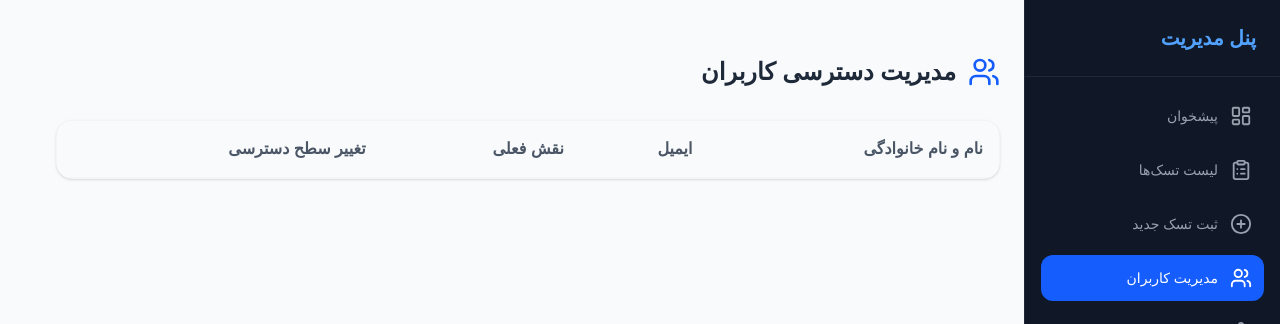
Repository: SheydaAshoorian/Task-mamager
Page: /dashboard/users (app in apps/frontend/)
An editor plug-in stored every save of this project. The page is shown before and after the next save, followed by the edit.
The browser window is 1280 px wide. The pictures show the whole page.
The page's requests for data from a server got no answer. The project was rebuilt for these pictures with package versions that can differ from the ones it lists, and the page was loaded fresh each time. The framework's server and built-in components were replaced by stand-ins that run in the browser. No one was signed in, and anything a server would have sent is missing. Also part of the build but not shown: apps/frontend/next.config.ts.

Above is the page before, as saved 2026-02-17 22:19:28.

### apps/frontend/app/layout.tsx
import "./globals.css";

export default function RootLayout({
  children,
}: {
  children: React.ReactNode;
}) {
  return (
    <html lang="fa" dir="rtl">
      <body className="antialiased">
        {children}
      </body>
    </html>
  );
}

### apps/frontend/app/dashboard/layout.tsx
"use client";
import Sidebar from "@/components/Sidebar";

export default function DashboardLayout({ children }: { children: React.ReactNode }) {
  return (
    <div className="flex min-h-screen bg-gray-50" dir="rtl">
      {/* سایدبار که در سمت راست ثابت شده است */}
      <Sidebar />

      {/* محتوای اصلی که pr-64 دارد تا زیر سایدبار نرود */}
      <main className="flex-1 pr-64 p-8 overflow-y-auto">
        {children}
      </main>
    </div>
  );
}

### apps/frontend/app/dashboard/users/page.tsx
"use client";
import React, { useEffect, useState } from 'react';
import axios from 'axios';
import { Users, ShieldCheck } from 'lucide-react';

interface User {
  id: number;
  firstName: string;
  lastName: string;
  email: string;
  role: string;
}

export default function UsersManagement() {
  const [users, setUsers] = useState<User[]>([]);
  const [loading, setLoading] = useState(true);

  const fetchUsers = async () => {
    try {
      setLoading(true);
      // آدرس مستقیم برای اطمینان از برقراری ارتباط
      const res = await axios.get('http://localhost:3000/users');
      setUsers(res.data);
    } catch (error) {
      console.error("خطا در دریافت کاربران:", error);
    } finally {
      setLoading(false);
    }
  };

  useEffect(() => {
    fetchUsers();
  }, []);

  const handleRoleChange = async (userId: number, newRole: string) => {
    try {
      await axios.patch(`http://localhost:3000/users/${userId}/role`, {
        role: newRole
      });
      alert("نقش کاربر تغییر کرد ✅");
      fetchUsers();
    } catch (error) {
      alert("خطا در آپدیت نقش ❌");
    }
  };

  if (loading) return <div className="text-center p-10">در حال بارگذاری کاربران...</div>;

  return (
    <div className="p-6" dir="rtl">
      <div className="flex items-center gap-3 mb-8">
        <Users className="text-blue-600" size={32} />
        <h1 className="text-2xl font-bold text-gray-800">مدیریت دسترسی کاربران</h1>
      </div>

      <div className="bg-white rounded-2xl shadow-sm border border-gray-100 overflow-hidden">
        <table className="w-full text-right border-collapse">
          <thead className="bg-gray-50 text-gray-600 border-b border-gray-100">
            <tr>
              <th className="p-4 font-semibold">نام و نام خانوادگی</th>
              <th className="p-4 font-semibold">ایمیل</th>
              <th className="p-4 font-semibold">نقش فعلی</th>
              <th className="p-4 font-semibold">تغییر سطح دسترسی</th>
            </tr>
          </thead>
          <tbody className="divide-y divide-gray-50">
            {users.map((user) => (
              <tr key={user.id} className="hover:bg-blue-50/30 transition-colors">
                <td className="p-4 text-gray-700">{user.firstName} {user.lastName}</td>
                <td className="p-4 text-gray-500 text-sm">{user.email}</td>
                <td className="p-4">
                  <span className={`px-3 py-1 rounded-full text-xs font-medium ${
                    user.role === 'admin' ? 'bg-purple-100 text-purple-700' : 'bg-blue-100 text-blue-700'
                  }`}>
                    {user.role}
                  </span>
                </td>
                <td className="p-4">
                  <select
                    value={user.role}
                    onChange={(e) => handleRoleChange(user.id, e.target.value)}
                    className="bg-gray-50 border border-gray-200 text-gray-700 text-sm rounded-lg focus:ring-blue-500 focus:border-blue-500 block p-2"
                  >
                    <option value="user">کارشناس (User)</option>
                    <option value="admin">مدیر (Admin)</option>
                  </select>
                </td>
              </tr>
            ))}
          </tbody>
        </table>
      </div>
    </div>
  );
}

### apps/frontend/components/Sidebar.tsx
"use client";
import React from 'react';
import Link from 'next/link';
import { usePathname } from 'next/navigation';
import { LayoutDashboard, ClipboardList, PlusCircle, Users, Settings, LogOut } from 'lucide-react';

export default function Sidebar() {
  const pathname = usePathname();

  const menuItems = [
    { name: 'پیشخوان', href: '/dashboard', icon: LayoutDashboard },
    { name: 'لیست تسک‌ها', href: '/dashboard/tasks', icon: ClipboardList },
    { name: 'ثبت تسک جدید', href: '/dashboard/tasks/create', icon: PlusCircle },
    { name: 'مدیریت کاربران', href: '/dashboard/users', icon: Users },
    { name: 'تنظیمات', href: '/dashboard/settings', icon: Settings },
  ];

  return (
    <aside className="w-64 h-screen bg-gray-900 text-white flex flex-col fixed right-0 top-0 border-l border-gray-800 z-50" dir="rtl">
      <div className="p-6 border-b border-gray-800 text-xl font-bold text-blue-400">پنل مدیریت</div>
      <nav className="flex-1 p-4 space-y-2">
        {menuItems.map((item) => (
          <Link
            key={item.href}
            href={item.href}
            className={`flex items-center gap-3 p-3 rounded-xl transition-colors ${
              pathname === item.href ? 'bg-blue-600 text-white' : 'text-gray-400 hover:bg-gray-800'
            }`}
          >
            <item.icon size={22} />
            <span className="text-sm font-medium">{item.name}</span>
          </Link>
        ))}
      </nav>
      <div className="p-4 border-t border-gray-800 text-red-400 flex items-center gap-2 cursor-pointer p-3">
        <LogOut size={20} /> <span className="text-sm">خروج</span>
      </div>
    </aside>
  );
}

Loaded but not shown: apps/frontend/app/globals.css (common file)

After the next save:
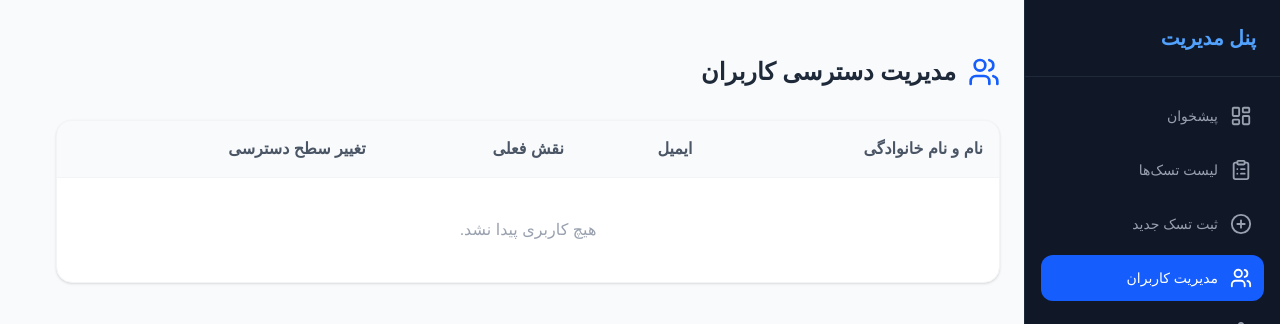
Saved 107 s later.
--- a/apps/frontend/app/dashboard/users/page.tsx
+++ b/apps/frontend/app/dashboard/users/page.tsx
@@ -3,26 +3,22 @@ import React, { useEffect, useState } from 'react';
 import axios from 'axios';
 import { Users, ShieldCheck } from 'lucide-react';
 
-interface User {
-  id: number;
-  firstName: string;
-  lastName: string;
-  email: string;
-  role: string;
-}
-
 export default function UsersManagement() {
-  const [users, setUsers] = useState<User[]>([]);
+  // مقدار اولیه را آرایه خالی بگذار
+  const [users, setUsers] = useState<any[]>([]);
   const [loading, setLoading] = useState(true);
 
   const fetchUsers = async () => {
     try {
       setLoading(true);
-      // آدرس مستقیم برای اطمینان از برقراری ارتباط
       const res = await axios.get('http://localhost:3000/users');
-      setUsers(res.data);
+
+      // مهم: مطمئن شویم که دیتا حتماً آرایه است
+      const data = Array.isArray(res.data) ? res.data : (res.data?.data || []);
+      setUsers(data);
     } catch (error) {
       console.error("خطا در دریافت کاربران:", error);
+      setUsers([]); // در صورت خطا آرایه را خالی کن
     } finally {
       setLoading(false);
     }
@@ -64,29 +60,36 @@ export default function UsersManagement() {
             </tr>
           </thead>
           <tbody className="divide-y divide-gray-50">
-            {users.map((user) => (
-              <tr key={user.id} className="hover:bg-blue-50/30 transition-colors">
-                <td className="p-4 text-gray-700">{user.firstName} {user.lastName}</td>
-                <td className="p-4 text-gray-500 text-sm">{user.email}</td>
-                <td className="p-4">
-                  <span className={`px-3 py-1 rounded-full text-xs font-medium ${
-                    user.role === 'admin' ? 'bg-purple-100 text-purple-700' : 'bg-blue-100 text-blue-700'
-                  }`}>
-                    {user.role}
-                  </span>
-                </td>
-                <td className="p-4">
-                  <select
-                    value={user.role}
-                    onChange={(e) => handleRoleChange(user.id, e.target.value)}
-                    className="bg-gray-50 border border-gray-200 text-gray-700 text-sm rounded-lg focus:ring-blue-500 focus:border-blue-500 block p-2"
-                  >
-                    <option value="user">کارشناس (User)</option>
-                    <option value="admin">مدیر (Admin)</option>
-                  </select>
-                </td>
+            {/* چک کردن دوباره برای جلوگیری از ارور map */}
+            {users && users.length > 0 ? (
+              users.map((user: any) => (
+                <tr key={user.id} className="hover:bg-blue-50/30 transition-colors">
+                  <td className="p-4 text-gray-700">{user.firstName} {user.lastName}</td>
+                  <td className="p-4 text-gray-500 text-sm">{user.email}</td>
+                  <td className="p-4">
+                    <span className={`px-3 py-1 rounded-full text-xs font-medium ${
+                      user.role === 'admin' ? 'bg-purple-100 text-purple-700' : 'bg-blue-100 text-blue-700'
+                    }`}>
+                      {user.role}
+                    </span>
+                  </td>
+                  <td className="p-4">
+                    <select
+                      value={user.role}
+                      onChange={(e) => handleRoleChange(user.id, e.target.value)}
+                      className="bg-gray-50 border border-gray-200 text-gray-700 text-sm rounded-lg p-2"
+                    >
+                      <option value="user">کارشناس (User)</option>
+                      <option value="admin">مدیر (Admin)</option>
+                    </select>
+                  </td>
+                </tr>
+              ))
+            ) : (
+              <tr>
+                <td colSpan={4} className="text-center p-10 text-gray-400">هیچ کاربری پیدا نشد.</td>
               </tr>
-            ))}
+            )}
           </tbody>
         </table>
       </div>
